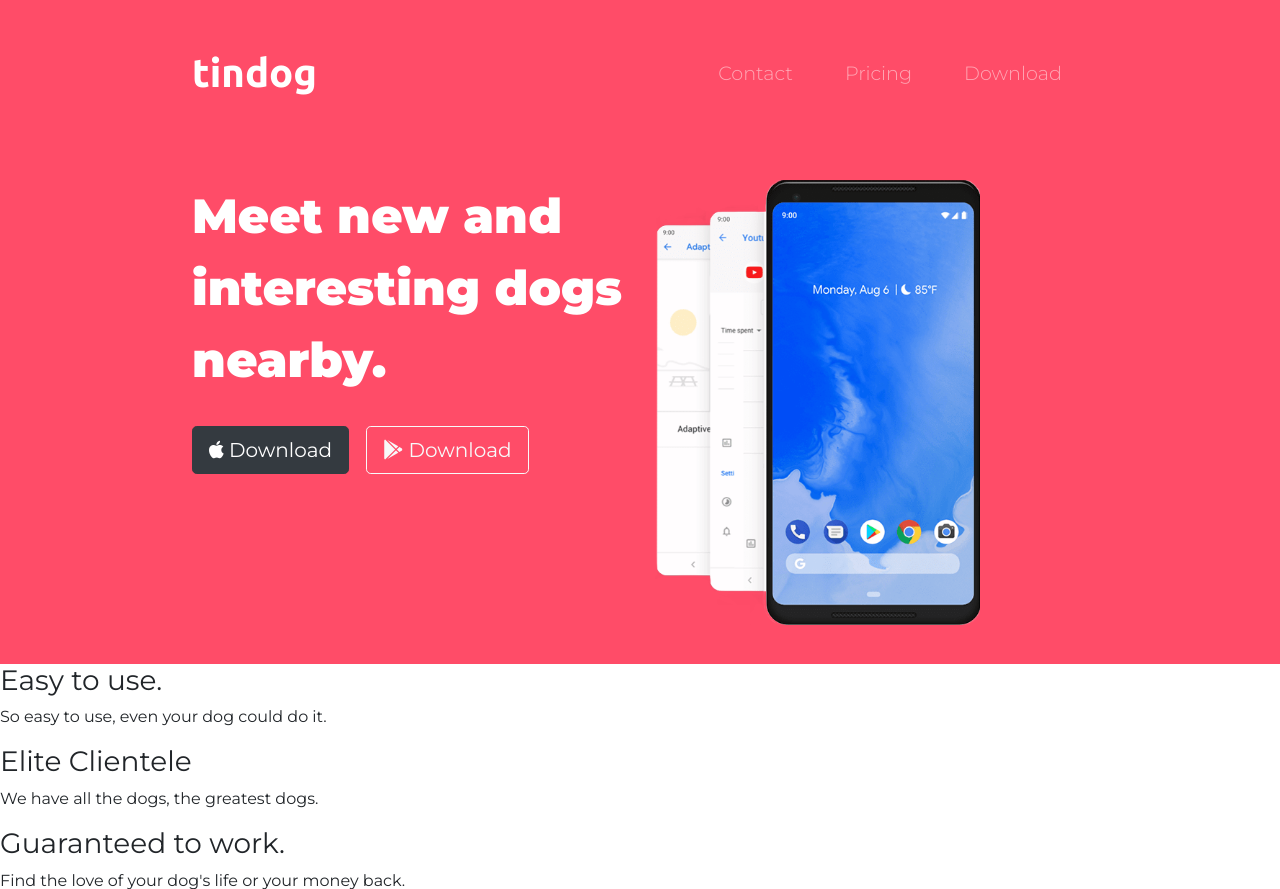
Repository: Isanderr/Simple_landing_page_2-Bootstrap4
Page: index.html
These files come from the project's save history. The page is drawn as it stood at one moment and after the next save; the edit follows.
The browser window is 1280 px wide. The pictures show the part of the page from y = 0 to 889 px (the page is 2372 px tall).
A picture or video elsewhere on the page could not be fetched, so the positions and the page height are approximate. Some web libraries are served in a nearby version.

Above is the page before, as saved 2019-02-02 22:24:42.

### index.html
<!DOCTYPE html>
<html>

  <head>
    <meta charset="utf-8">
    <meta name="viewport" content="width=device-width, initial-scale=1, shrink-to-fit=no">
    <title>TinDog</title>
    <link rel="stylesheet" href="https://stackpath.bootstrapcdn.com/bootstrap/4.2.1/css/bootstrap.min.css" integrity="sha384-GJzZqFGwb1QTTN6wy59ffF1BuGJpLSa9DkKMp0DgiMDm4iYMj70gZWKYbI706tWS"
      crossorigin="anonymous">
    <link rel="stylesheet" href="css/styles.css">
    <link rel="stylesheet" href="https://use.fontawesome.com/releases/v5.7.1/css/all.css" integrity="sha384-fnmOCqbTlWIlj8LyTjo7mOUStjsKC4pOpQbqyi7RrhN7udi9RwhKkMHpvLbHG9Sr"
      crossorigin="anonymous">
    <link href="https://fonts.googleapis.com/css?family=Montserrat:300,400,900|Ubuntu:400,700" rel="stylesheet">
  </head>

  <body>
    <section id="title">
      <div class="container-fluid">
        <!-- Nav Bar -->
        <nav class="navbar navbar-expand-lg navbar-dark ">
          <a class="navbar-brand" href="">tindog</a>
          <button class="navbar-toggler" type="button" data-toggle="collapse" data-target="#navbarTogglerDemo02">
            <span class="navbar-toggler-icon"></span>
          </button>
          <div class="collapse navbar-collapse" id="navbarTogglerDemo02">
            <ul class="navbar-nav ml-auto">
              <li class="nav-item">
                <a class="nav-link" href="">Contact</a>
              </li>
              <li class="nav-item">
                <a class="nav-link" href="">Pricing</a>
              </li>
              <li class="nav-item">
                <a class="nav-link" href="">Download</a>
              </li>
            </ul>
          </div>
        </nav>
        <!-- Title -->
        <div class="row">
          <div class="col-lg-6">
            <h1>Meet new and interesting dogs nearby.</h1>
            <button type="button" class="btn btn-dark btn-lg download-btn"><i class="fab fa-apple"></i> Download</button>
            <button type="button" class="btn btn-outline-light btn-lg download-btn"><i class="fab fa-google-play"></i>
              Download</button>
          </div>
          <div class="col-lg-6">
            <img src="images/android-phone.png" alt="andoind-phone" class="title-img">
          </div>
        </div>
      </div>
    </section>
    <!-- Features -->
    <section id="features">
      <h3>Easy to use.</h3>
      <p>So easy to use, even your dog could do it.</p>
      <h3>Elite Clientele</h3>
      <p>We have all the dogs, the greatest dogs.</p>
      <h3>Guaranteed to work.</h3>
      <p>Find the love of your dog's life or your money back.</p>
    </section>
    <!-- Testimonials -->
    <section id="testimonials">
      <h2>I no longer have to sniff other dogs for love. I've found the hottest Corgi on TinDog. Woof.</h2>
      <img src="images/dog-img.jpg" alt="dog-profile">
      <em>Pebbles, New York</em>
      <!-- <h2 class="testimonial-text">My dog used to be so lonely, but with TinDog's help, they've found the love of their life. I think.</h2>
    <img class="testimonial-image" src="images/lady-img.jpg" alt="lady-profile">
    <em>Beverly, Illinois</em> -->
    </section>
    <!-- Press -->
    <section id="press">
      <img src="images/techcrunch.png" alt="tc-logo">
      <img src="images/tnw.png" alt="tnw-logo">
      <img src="images/bizinsider.png" alt="biz-insider-logo">
      <img src="images/mashable.png" alt="mashable-logo">
    </section>
    <!-- Pricing -->
    <section id="pricing">
      <h2>A Plan for Every Dog's Needs</h2>
      <p>Simple and affordable price plans for your and your dog.</p>
      <h3>Chihuahua</h3>
      <h2>Free</h2>
      <p>5 Matches Per Day</p>
      <p>10 Messages Per Day</p>
      <p>Unlimited App Usage</p>
      <button type="button">Sign Up</button>
      <h3>Labrador</h3>
      <h2>$49 / mo</h2>
      <p>Unlimited Matches</p>
      <p>Unlimited Messages</p>
      <p>Unlimited App Usage</p>
      <button type="button">Sign Up</button>
      <h3>Mastiff</h3>
      <h2>$99 / mo</h2>
      <p>Pirority Listing</p>
      <p>Unlimited Matches</p>
      <p>Unlimited Messages</p>
      <p>Unlimited App Usage</p>
      <button type="button">Sign Up</button>
    </section>
    <!-- Call to Action -->
    <section id="cta">
      <h3>Find the True Love of Your Dog's Life Today.</h3>
      <button type="button">Download</button>
      <button type="button">Download</button>
    </section>
    <!-- Footer -->
    <footer id="footer">
      <p>© Copyright 2018 TinDog</p>
    </footer>
    <script src="https://code.jquery.com/jquery-3.3.1.slim.min.js" integrity="sha384-q8i/X+965DzO0rT7abK41JStQIAqVgRVzpbzo5smXKp4YfRvH+8abtTE1Pi6jizo"
      crossorigin="anonymous"></script>
    <script src="https://cdnjs.cloudflare.com/ajax/libs/popper.js/1.14.6/umd/popper.min.js" integrity="sha384-wHAiFfRlMFy6i5SRaxvfOCifBUQy1xHdJ/yoi7FRNXMRBu5WHdZYu1hA6ZOblgut"
      crossorigin="anonymous"></script>
    <script src="https://stackpath.bootstrapcdn.com/bootstrap/4.2.1/js/bootstrap.min.js" integrity="sha384-B0UglyR+jN6CkvvICOB2joaf5I4l3gm9GU6Hc1og6Ls7i6U/mkkaduKaBhlAXv9k"
      crossorigin="anonymous"></script>
  </body>

</html>

### css/styles.css
/* font-family: 'Ubuntu', sans-serif;
font-family: 'Montserrat', sans-serif; */

body {
    font-family: 'Montserrat', sans-serif;
}

#title {
    background-color: #ff4c68;
    color: #ffffff;
}

.container-fluid{
    padding: 3% 15%;
}

h1 {
    font-family: 'Montserrat', sans-serif;
    font-weight: 900;
    font-size: 3rem;
    line-height: 1.5;
}

/* Nav */

.navbar {
    padding: 0 0 4.5rem;
}

.navbar-brand{
    font-family: 'Ubuntu', sans-serif;
    font-size: 2.5rem;
    font-weight: 900;
}

.nav-item {
    padding: 0 18px;
}

.nav-link {
    font-size: 1.2rem;
    font-weight: 300;
}

/* download buttons */

.download-btn {
    margin: 5% 3% 5% 0;
}

/* title img */

.title-img {
    width: 75%;
    transform: rotate(30)
}

After the next save:
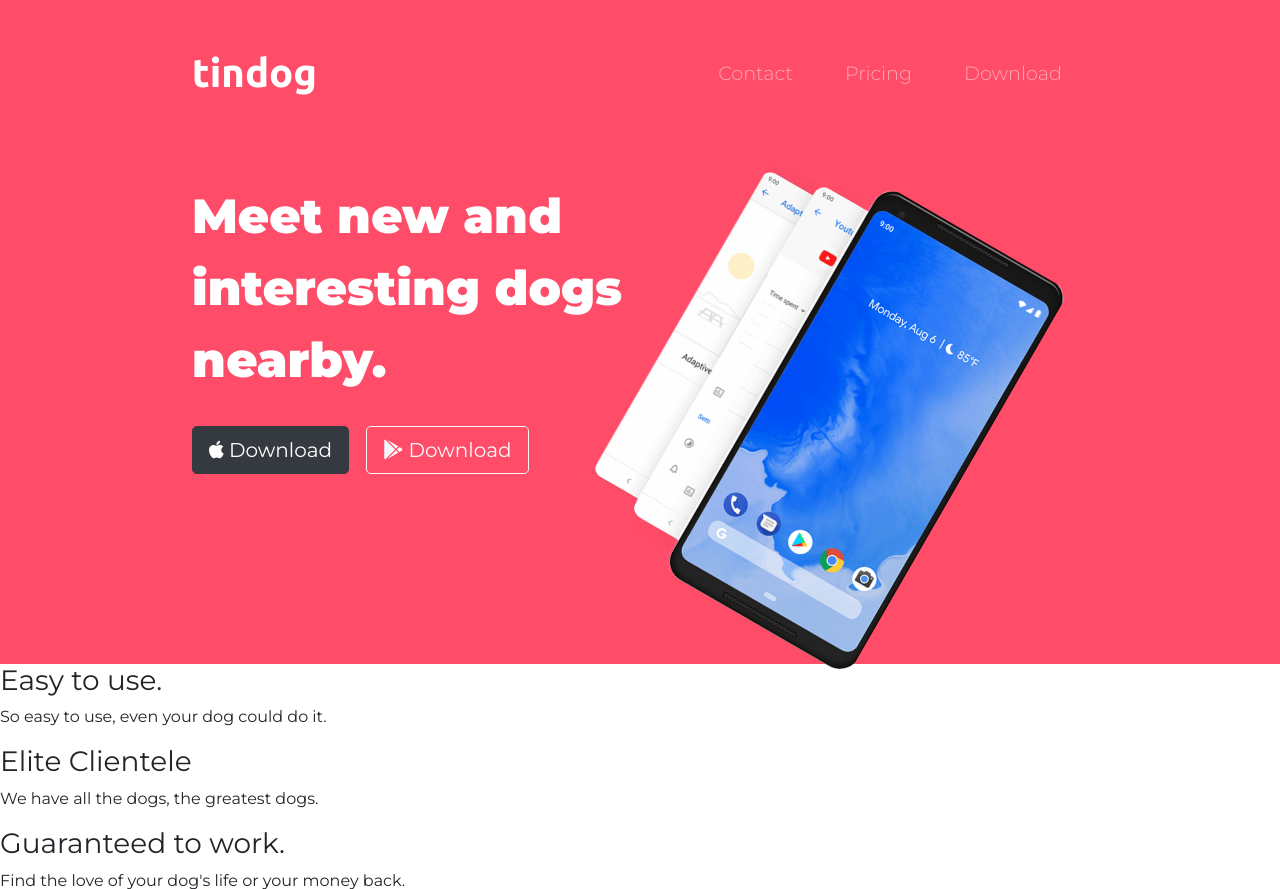
Saved 12 s later.
--- a/css/styles.css
+++ b/css/styles.css
@@ -52,5 +52,5 @@
 
 .title-img {
     width: 75%;
-    transform: rotate(30)
+    transform: rotate(30deg)
 }
